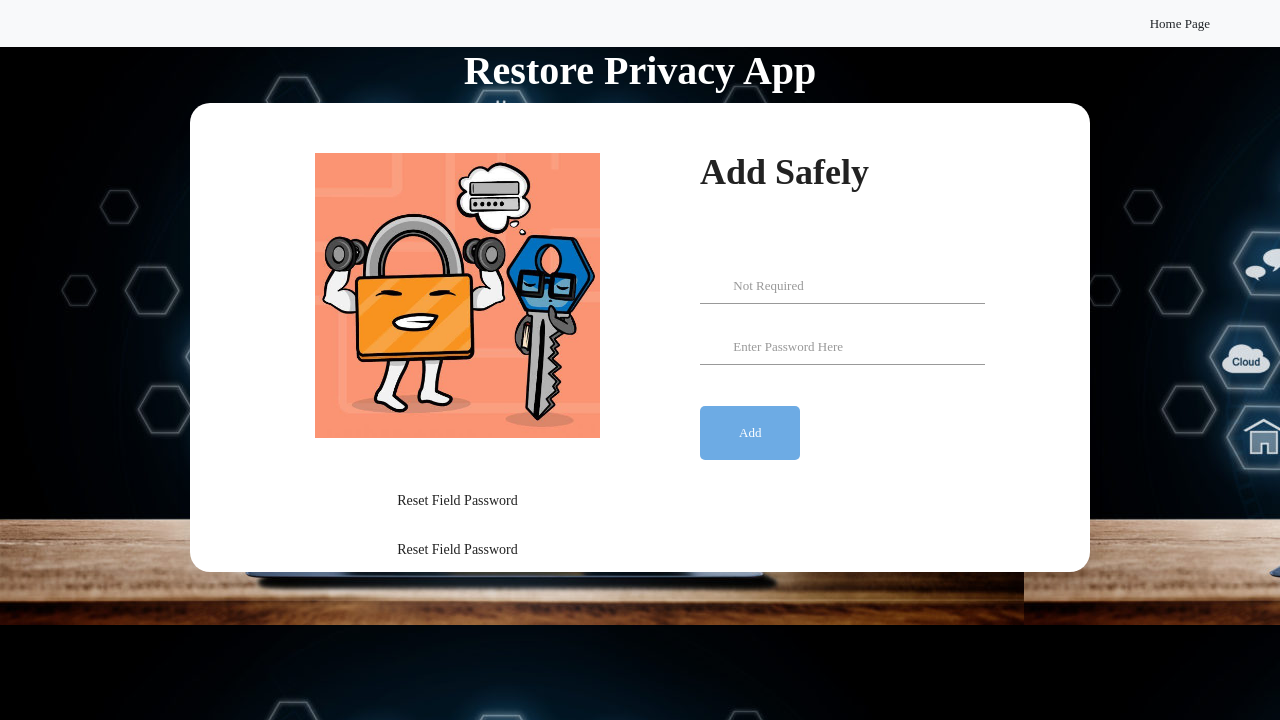
Repository: Sunil-731820/AllWorkingModels
Page: http://localhost/PasswordManagerApp/AddPassword.jsp
The author's editor kept a copy of each file at every save. The page is drawn from the files as they stood at one save, then again after the next save.
The browser window is 1280 px wide. The pictures show the whole page.
Some web fonts or font styles are not loaded; a fallback is used. Some web libraries are served in a nearby version. The page is served by Tomcat 9.

Above is the page before, as saved 2022-09-27 08:56:30.

After the next save:
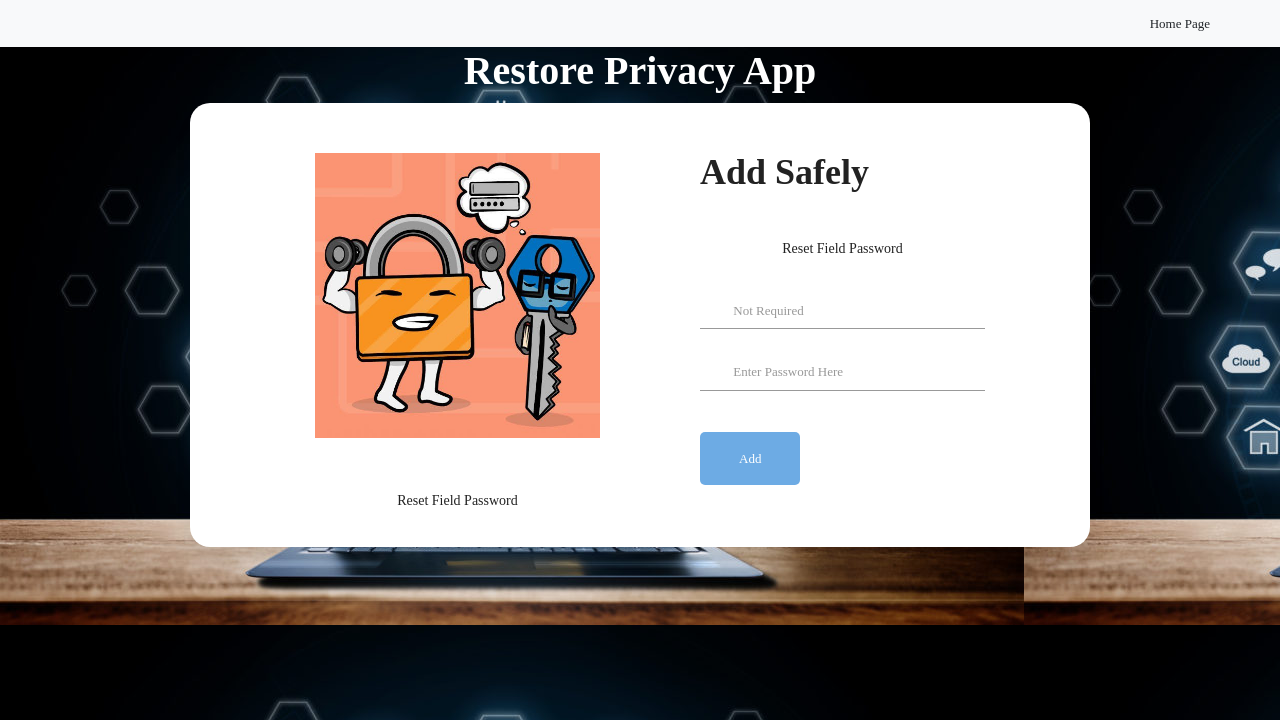
Saved 40 s later.
--- a/PasswordManagerApp/src/main/webapp/AddPassword.jsp
+++ b/PasswordManagerApp/src/main/webapp/AddPassword.jsp
@@ -75,11 +75,12 @@
                         <div class="signin-image">
                             <figure><img src="img/addPassImg.jpg" alt="sing up image"></figure>
                             <a href="AddPassword.jsp" class="signup-image-link">Reset Field Password </a>&nbsp;&nbsp;&nbsp;&nbsp;&nbsp;
-                            <a href="AddPassword.jsp" class="signup-image-link">Reset Field Password </a>
+
                         </div>
 
                         <div class="signin-form">
                             <h2 class="form-title">Add Safely</h2>
+                             <a href="AddPassword.jsp" class="signup-image-link">Reset Field Password </a>
                             <form method="get" class="register-form" id="login-form">
                              &nbsp;&nbsp;&nbsp;&nbsp;&nbsp;&nbsp;&nbsp;&nbsp;&nbsp;&nbsp;<h4></h4>
                                 <div class="form-group">
